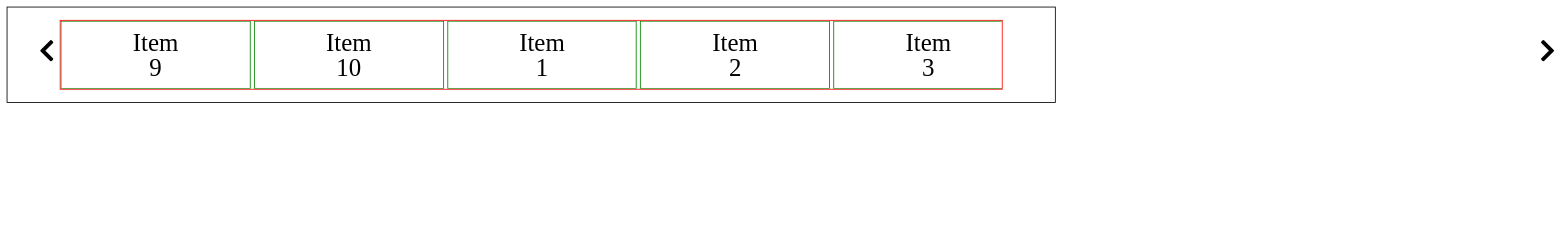
Repository: SAYYODTURINALIYEV/sassasa
Page: snov.html
The author's editor kept a copy of each file at every save. The page is drawn from the files as they stood at one save, then again after the next save.
The browser window is 1280 px wide. The page is 1880 px wide, so the pictures cover 1880 px, including what lies to the right of the window. The pictures show the whole page, at 83% of full size.

Above is the page before, as saved 2022-05-19 16:53:59.

### snov.html
<!DOCTYPE html>
<html lang="en">

<head>
    <meta charset="UTF-8">
    <meta http-equiv="X-UA-Compatible" content="IE=edge">
    <meta name="viewport" content="width=device-width, initial-scale=1.0">
    <title>Document</title>
    <link rel="stylesheet" href="snov.css">
    <link rel="stylesheet" href="https://cdnjs.cloudflare.com/ajax/libs/font-awesome/5.15.4/css/all.min.css">
</head>

<body>

    <div id="exampleSlider1" class="exampleSlider">
        <div class="MS-content">
            <div class="item">
                <p>Item<br>9</p>
            </div>
            <div class="item">
                <p>Item<br>10</p>
            </div>
            <div class="item">
                <p>Item<br>1</p>
            </div>
            <div class="item">
                <p>Item<br>2</p>
            </div>
            <div class="item">
                <p>Item<br>3</p>
            </div>
            <div class="item">
                <p>Item<br>4</p>
            </div>
            <div class="item">
                <p>Item<br>5</p>
            </div>
            <div class="item">
                <p>Item<br>6</p>
            </div>
            <div class="item">
                <p>Item<br>7</p>
            </div>
            <div class="item">
                <p>Item<br>8</p>
            </div>
        </div>
        <div class="MS-controls">
            <button class="MS-left" style="margin-left: 2rem;"><i class="fa fa-chevron-left"></i></button>
            <button class="MS-right"><i class="fa fa-chevron-right"></i></button>
        </div>
    </div>
</body>

</html>

### snov.css
.exampleSlider {
    position: relative;
    border: 1px solid black;
}

.exampleSlider .MS-content {
    margin: 15px 5%;
    overflow: hidden;
    white-space: nowrap;
    border: 1px solid red;
}

.exampleSlider .MS-content .item {
    display: inline-block;
    height: 100%;
    overflow: hidden;
    position: relative;
    vertical-align: top;
    border: 1px solid green;
    width: 20%;
}

.exampleSlider .MS-content .item p {
    font-size: 30px;
    text-align: center;
    line-height: 1;
    vertical-align: middle;
    margin: 0;
    padding: 10px 0;
}

.exampleSlider .MS-controls button {
    position: absolute;
    border: none;
    background: transparent;
    font-size: 30px;
    outline: 0;
    top: 35px;
}

.MS-right {
    margin-left: 115rem;
}

After the next save:
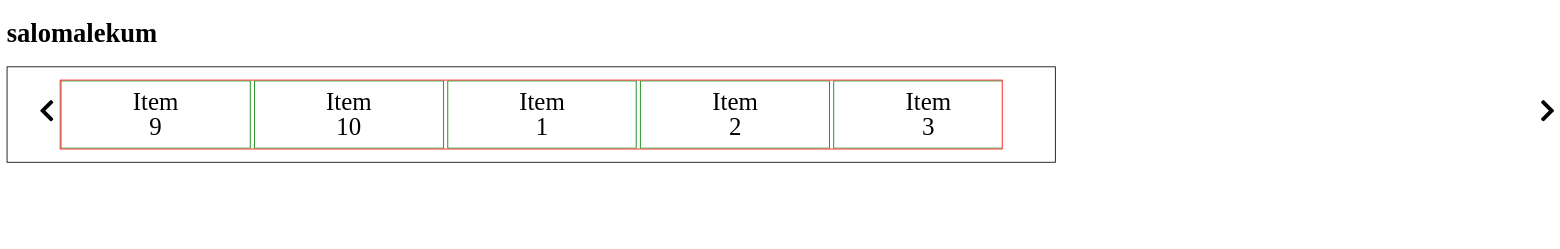
Saved 13 days later.
--- a/snov.html
+++ b/snov.html
@@ -11,7 +11,7 @@
 </head>
 
 <body>
-
+    <h1>salomalekum</h1>
     <div id="exampleSlider1" class="exampleSlider">
         <div class="MS-content">
             <div class="item">
